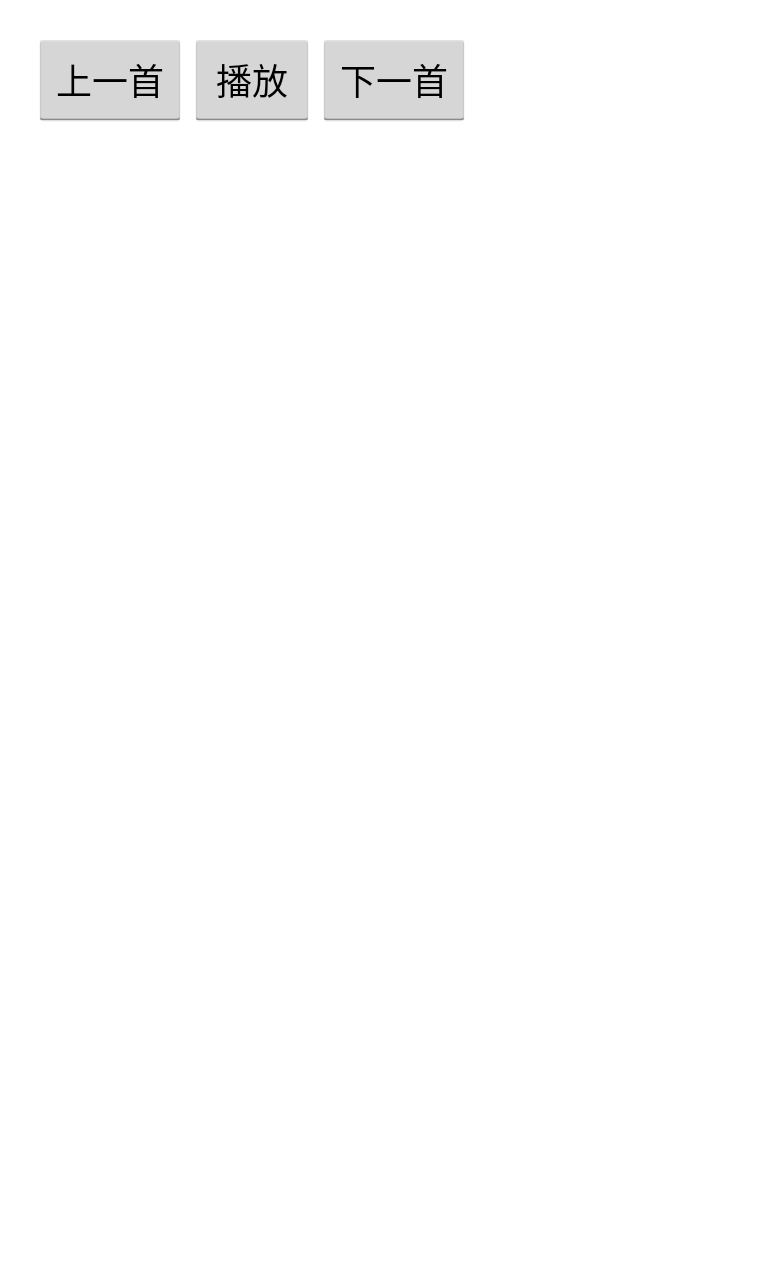
Repository: nickof/study
Layout: Android/itheima/day12服务/代码/Day12_05_音乐播放器框架/res/layout/activity_main.xml
An editor plug-in stored every save of this project. The layout is shown before and after the next save, followed by the edit.
It is drawn on a 768 x 1280 px phone screen (xhdpi) without system bars, with theme AppTheme; the app's code is not run.

Above is the layout before, as saved 2016-09-20 07:13:54.

### Android/itheima/day12服务/代码/Day12_05_音乐播放器框架/res/layout/activity_main.xml
<LinearLayout xmlns:android="http://schemas.android.com/apk/res/android"
    xmlns:tools="http://schemas.android.com/tools"
    android:layout_width="match_parent"
    android:layout_height="match_parent"
    android:paddingBottom="@dimen/activity_vertical_margin"
    android:paddingLeft="@dimen/activity_horizontal_margin"
    android:paddingRight="@dimen/activity_horizontal_margin"
    android:paddingTop="@dimen/activity_vertical_margin"
    tools:context=".MainActivity" >

    <Button
        android:layout_width="wrap_content"
        android:layout_height="wrap_content"
        android:onClick="pre"
        android:text="上一首" />
     <Button
        android:layout_width="wrap_content"
        android:layout_height="wrap_content"
        android:onClick="play"
        android:text="播放" />
     <Button
        android:layout_width="wrap_content"
        android:layout_height="wrap_content"
        android:onClick="next"
        android:text="下一首" />

</LinearLayout>

Loaded but not shown: Android/itheima/day12服务/代码/Day12_05_音乐播放器框架/res/values/styles.xml (common file); Android/itheima/day12服务/代码/Day12_05_音乐播放器框架/res/values-v11/styles.xml (common file); Android/itheima/day12服务/代码/Day12_05_音乐播放器框架/res/values-v14/styles.xml (common file); Android/itheima/day12服务/代码/Day12_05_音乐播放器框架/res/values/dimens.xml (common file)

After the next save:
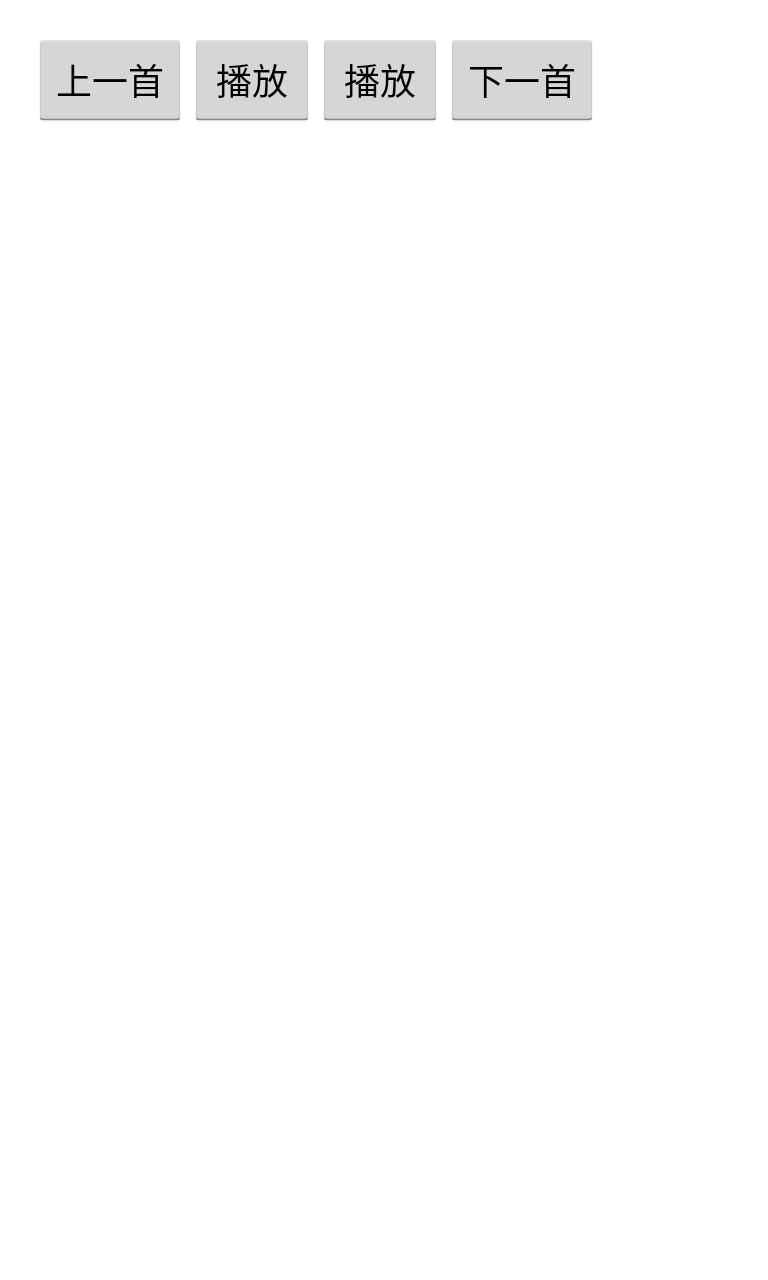
Saved 37 s later.
--- a/Android/itheima/day12服务/代码/Day12_05_音乐播放器框架/res/layout/activity_main.xml
+++ b/Android/itheima/day12服务/代码/Day12_05_音乐播放器框架/res/layout/activity_main.xml
@@ -18,6 +18,11 @@
         android:layout_height="wrap_content"
         android:onClick="play"
         android:text="播放" />
+      <Button
+        android:layout_width="wrap_content"
+        android:layout_height="wrap_content"
+        android:onClick="pause"
+        android:text="播放" />
      <Button
         android:layout_width="wrap_content"
         android:layout_height="wrap_content"
